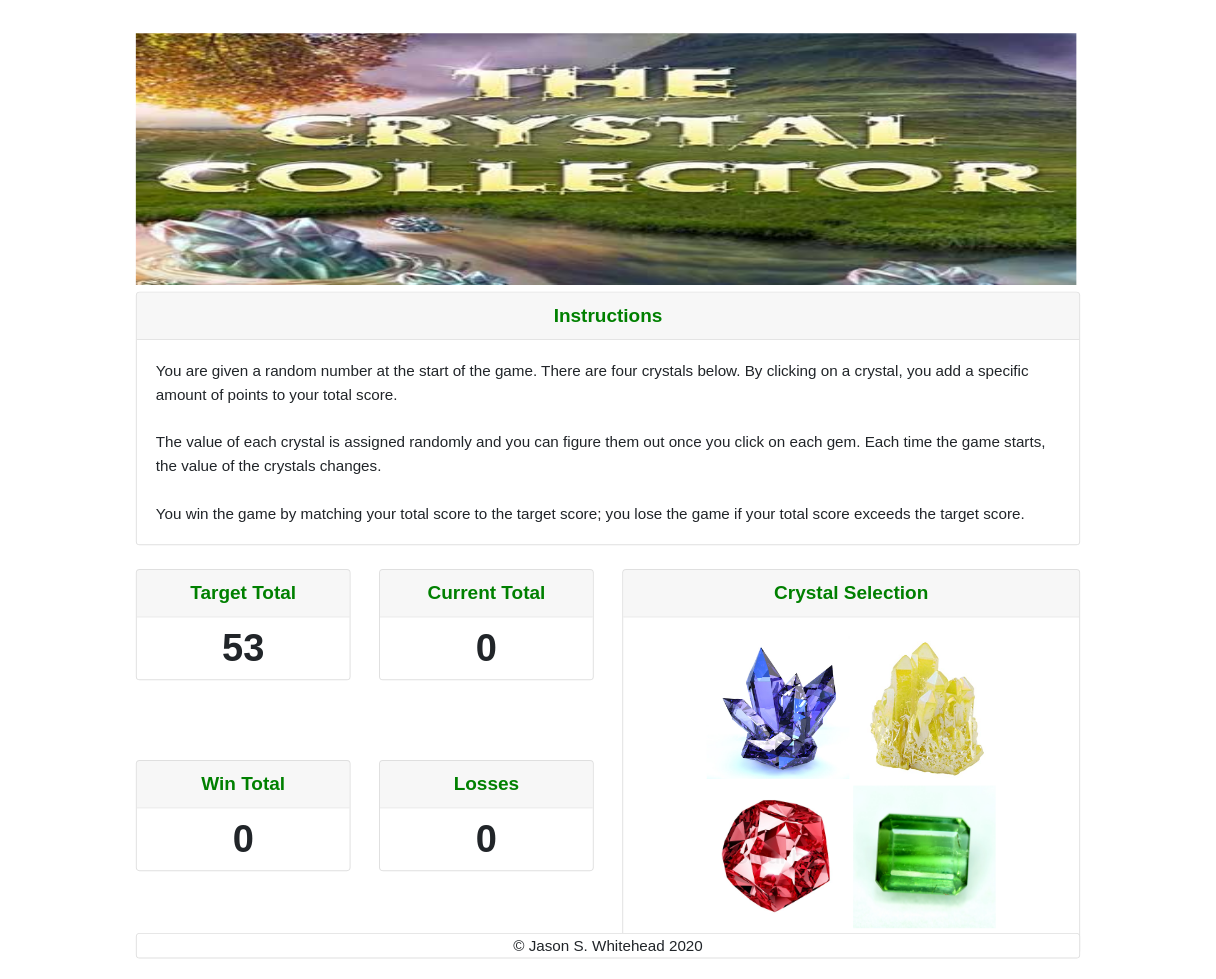
Repository: jaswhitehead/Crystal-Collector-Game
Page: index.html
The author's editor kept a copy of each file at every save. The page is drawn from the files as they stood at one save, then again after the next save.
The browser window is 1280 px wide. The pictures show the whole page, at 95% of full size.
Some web libraries are served in a nearby version.

Above is the page before, as saved 2020-05-02 22:06:32.

After the next save:
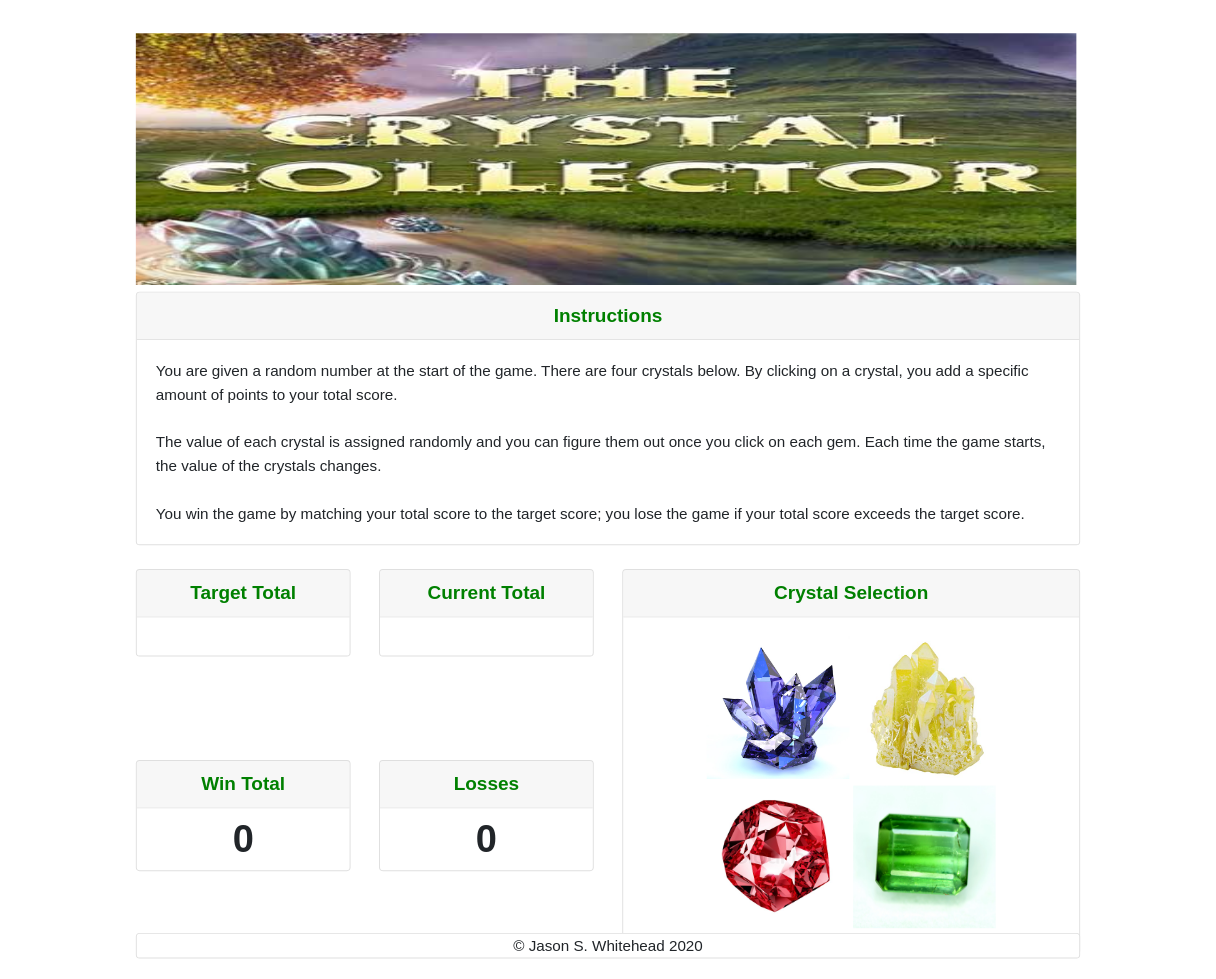
Console error: SyntaxError: Unexpected end of input
Saved 9 min 55 s later.
--- a/assets/javascript/game.js
+++ b/assets/javascript/game.js
@@ -72,7 +72,7 @@
             alert("Sorry, you lost. Start New Game!");
             console.log("Timeout 73")
             startGame();
-        }, 50);
+        }, 00);
     }
     else if (currentScore == targetScore) {
         alert("Congratulations! You Won!");
@@ -83,11 +83,9 @@
         $("#winCount").html(winCount);
 
         // Restart the game
-        setTimeout(function () {
-            alert("Start New Game!");
-            console.log("Timout 87")
-            startGame();
-        }, 00);
+        function reset() {
+            totScore = 0;
+            $('#yourScore').text(targetScore);
     }
 }
 // MAIN PROCESS

After the save that followed:
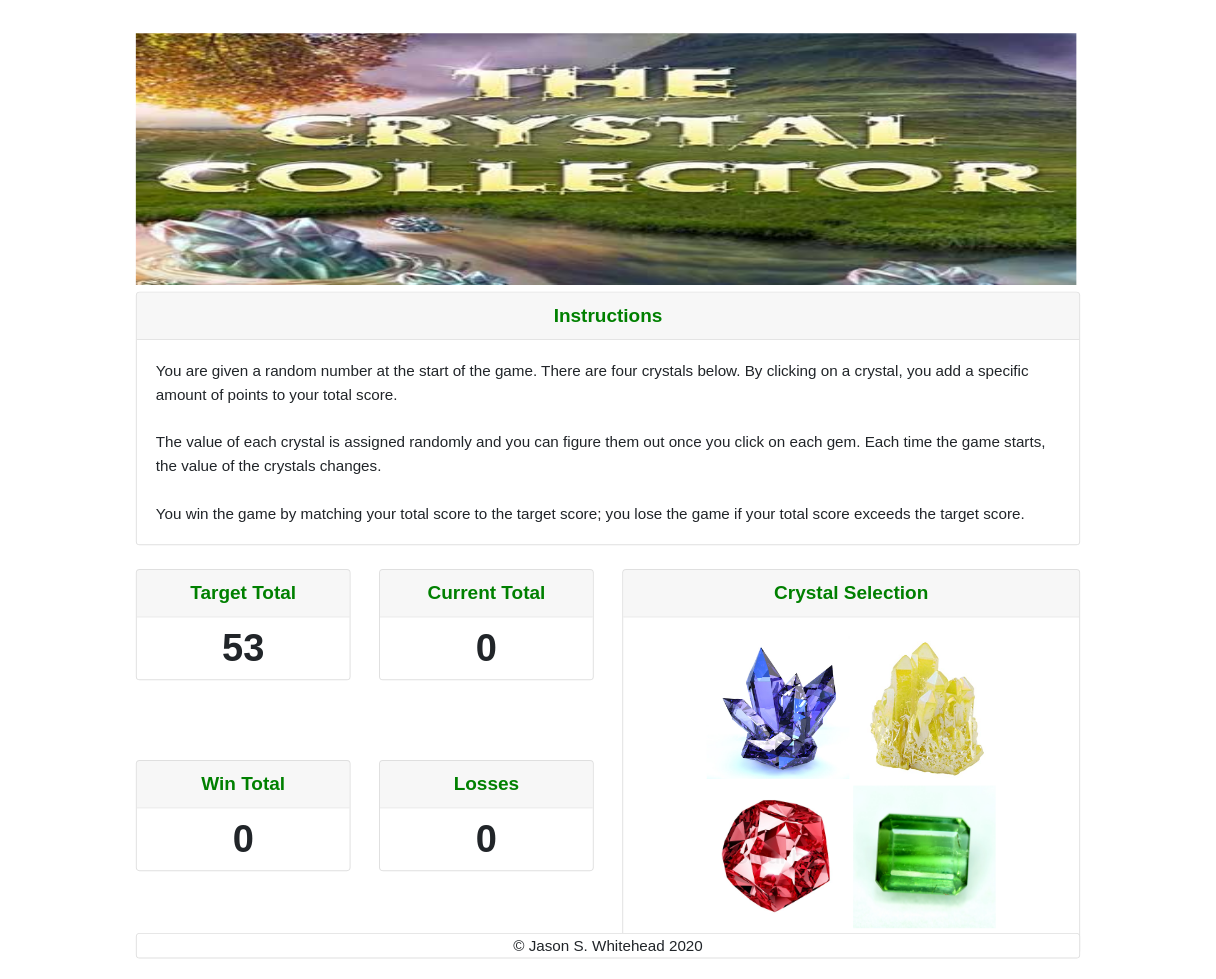
The error is gone.
Saved 105 s later.
--- a/assets/javascript/game.js
+++ b/assets/javascript/game.js
@@ -83,9 +83,11 @@
         $("#winCount").html(winCount);
 
         // Restart the game
-        function reset() {
-            totScore = 0;
-            $('#yourScore').text(targetScore);
+        setTimeout(function () {
+            alert("Start New Game!");
+            console.log("Timout 87")
+            startGame();
+        }, 00);
     }
 }
 // MAIN PROCESS
